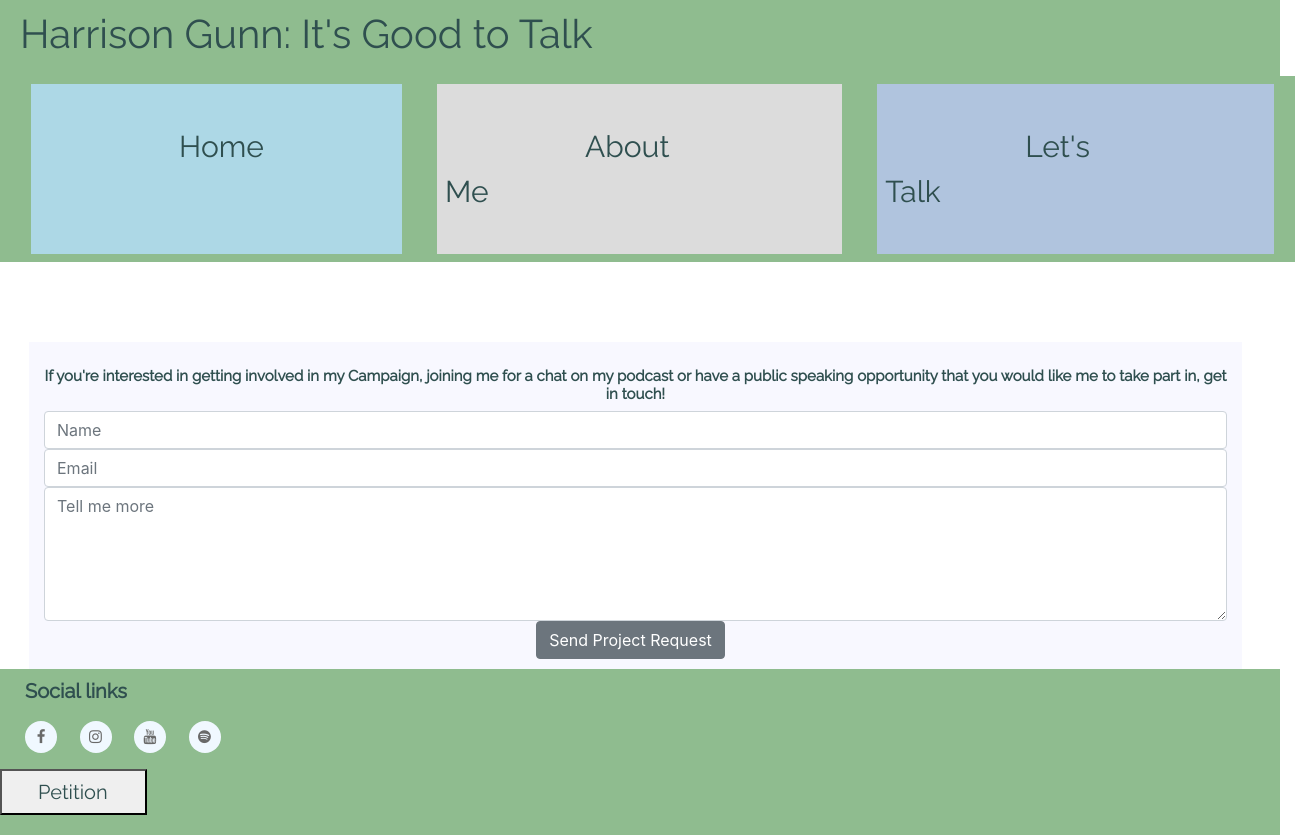
Repository: Leannald13/mile-stone-project-html
Page: contact.html
The author's editor kept a record of every edit. The page is drawn from the files as they stood at one moment, then again after the next edit.
The browser window is 1280 px wide. The page is 1295 px wide, so the pictures cover 1295 px, including what lies to the right of the window. The pictures show the part of the page from y = 500 to 1335 px (the page is 1335 px tall).

Above is the page before.

After the next edit:
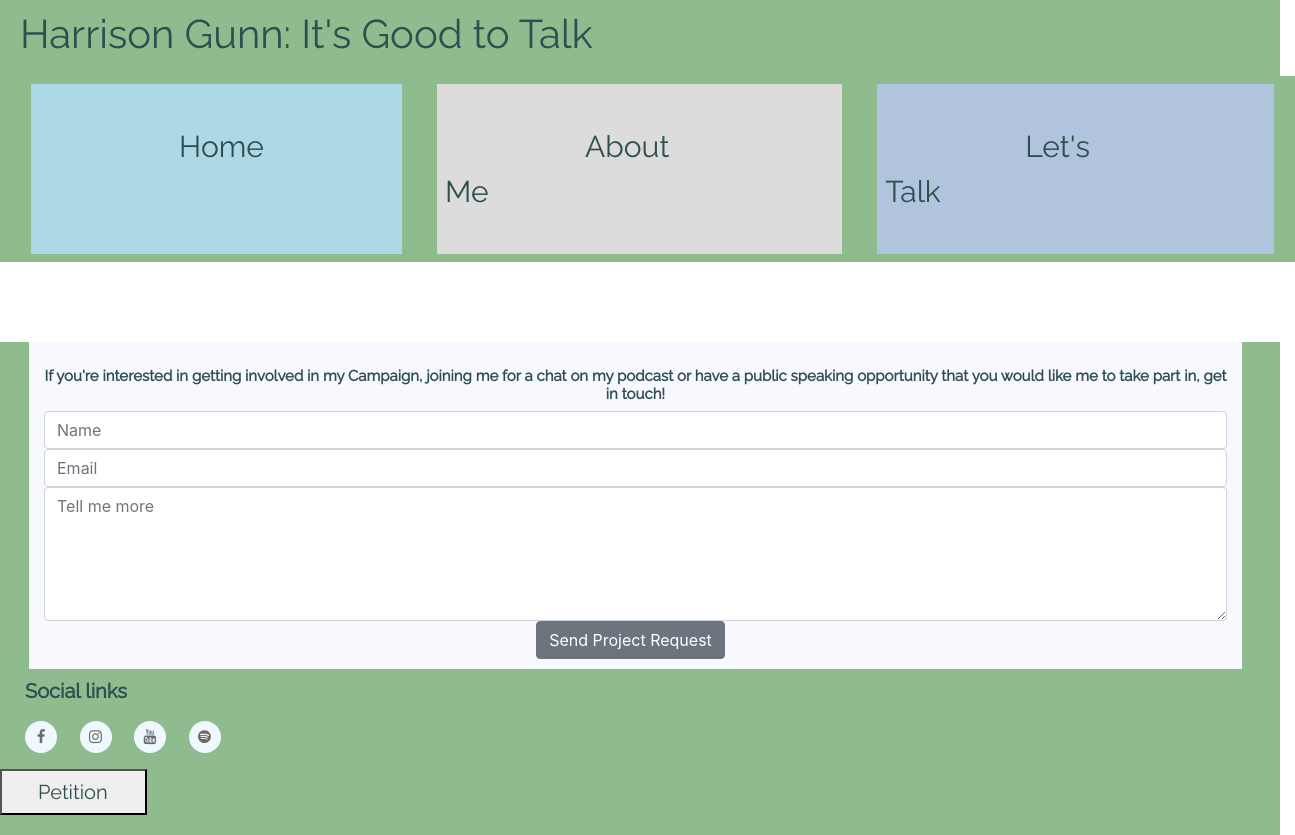
The edit:
--- a/contact.html
+++ b/contact.html
@@ -48,7 +48,7 @@
                     </div
                     </nav>
     </header>
-    <section ="container-fluid">
+    <section class="container-fluid" class="background">
         <div class="row bg-color-contact">
             <div class="col">
                 <h5 class="uppercase text-center">If you're interested in getting involved in my Campaign, joining me for a chat on my podcast or have a public speaking opportunity that you would like me to take part in, get in touch!</h5>
